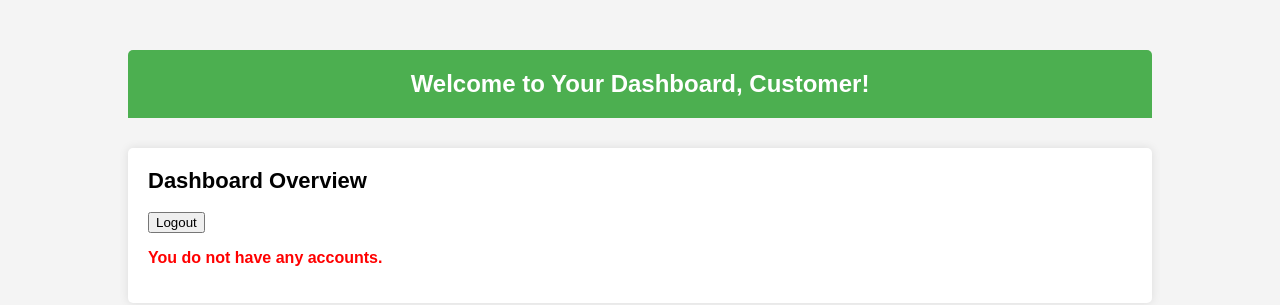
Repository: vinayakGarudi2002/swabhavTrainingProjects
Page: http://localhost/01_banking_application/customerDashboard.jsp
An editor plug-in stored every save of this project. The page is shown before and after the next save, followed by the edit.
The browser window is 1280 px wide. The pictures show the whole page.
The page is served by Tomcat 9.

Above is the page before, as saved 2024-08-12 11:31:52.

After the next save:
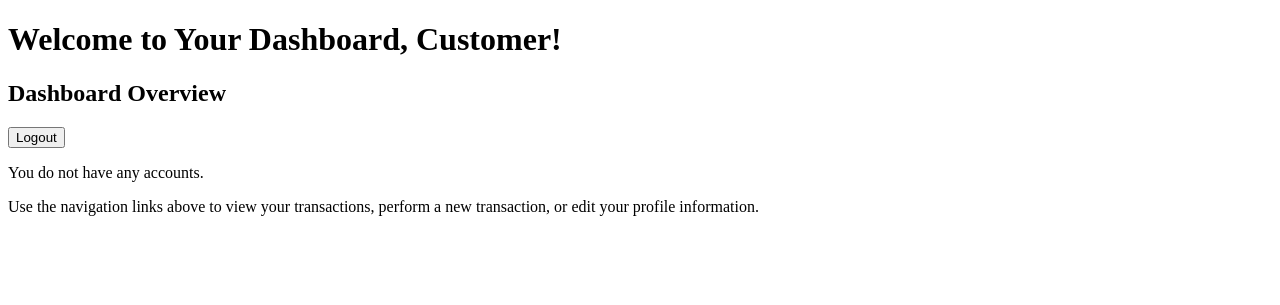
Saved 2 min 27 s later.
--- a/01_banking_application/WebContent/customerDashboard.jsp
+++ b/01_banking_application/WebContent/customerDashboard.jsp
@@ -9,79 +9,7 @@
 
     <title>Customer Dashboard</title>
     <style>
-        body {
-            font-family: Arial, sans-serif;
-            background-color: #f4f4f4;
-            margin: 0;
-            padding: 0;
-        }
 
-        .dashboard-container {
-            width: 80%;
-            margin: 0 auto;
-            margin-top: 50px;
-        }
-
-        .header {
-            background-color: #4CAF50;
-            color: white;
-            padding: 20px;
-            text-align: center;
-            border-radius: 5px 5px 0 0;
-        }
-
-        .header h1 {
-            margin: 0;
-            font-size: 24px;
-        }
-
-        .nav {
-            display: flex;
-            justify-content: space-around;
-            background-color: #333;
-            padding: 15px;
-            border-radius: 0 0 5px 5px;
-        }
-
-        .nav a {
-            color: white;
-            text-decoration: none;
-            padding: 14px 20px;
-            text-align: center;
-            border-radius: 4px;
-        }
-
-        .nav a:hover {
-            background-color: #ddd;
-            color: black;
-        }
-
-        .nav a.active {
-            background-color: #4CAF50;
-            color: white;
-        }
-
-        .content {
-            margin-top: 30px;
-            padding: 20px;
-            background-color: white;
-            border-radius: 5px;
-            box-shadow: 0 0 10px rgba(0, 0, 0, 0.1);
-        }
-
-        .content h2 {
-            margin-top: 0;
-            font-size: 22px;
-        }
-
-        .error-message {
-            color: red;
-            font-weight: bold;
-        }
-
-        .hidden {
-            display: none;
-        }
     </style>
 </head>
 <body>
